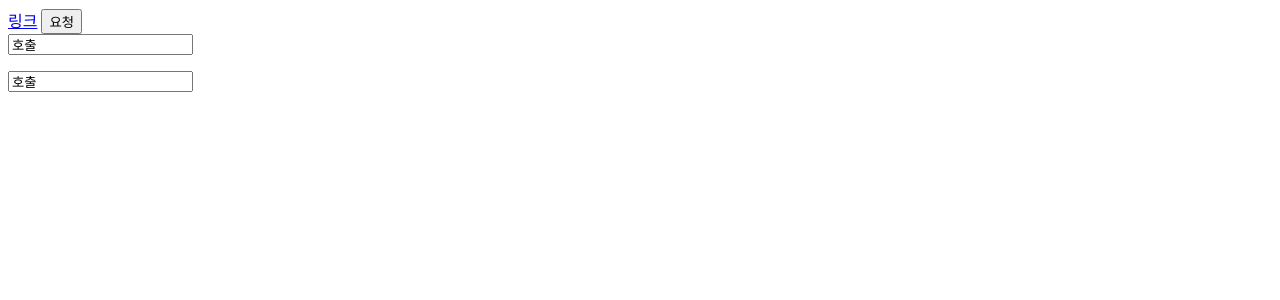
Repository: uj06134/Metabuild_JSP
Page: http://localhost/08_Servlet/form.jsp
An editor plug-in stored every save of this project. The page is shown before and after the next save, followed by the edit.
The browser window is 1280 px wide. The pictures show the whole page.
The page is served by Tomcat 9. Other server files are loaded and not shown.

Above is the page before, as saved 2025-09-16 07:42:05.

### 08_Servlet/src/main/webapp/form.jsp
<%@ page language="java" contentType="text/html; charset=UTF-8"
    pageEncoding="UTF-8"%>

<script>
    function movePage() {
        location = "test.do";
    }
</script>

<!-- get 방식 -->
<a href="test.do">링크</a>
<input type="button" value="요청" onClick="movePage()">

<br>
<form method="get" action="test.do">
	<input type="sumbit" value="호출">
</form>
<!-- post 방식 -->
<form method="post" action="test.do">
	<input type="sumbit" value="호출">
</form>

After the next save:
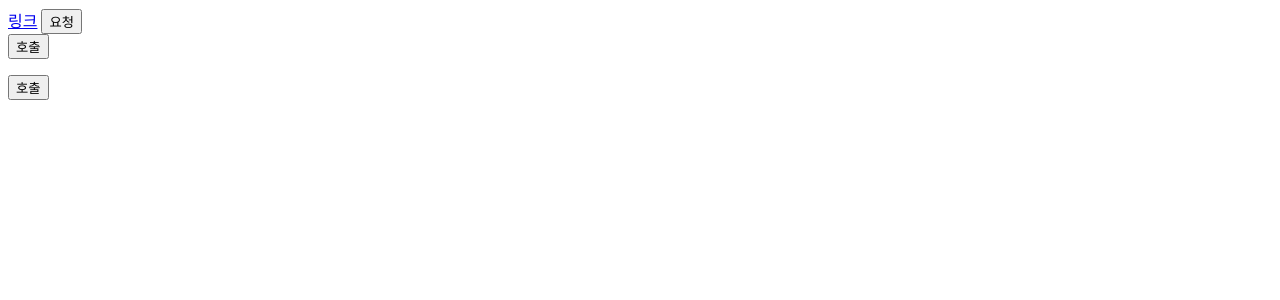
Saved 70 s later.
--- a/08_Servlet/src/main/webapp/form.jsp
+++ b/08_Servlet/src/main/webapp/form.jsp
@@ -13,9 +13,9 @@
 
 <br>
 <form method="get" action="test.do">
-	<input type="sumbit" value="호출">
+	<input type="submit" value="호출">
 </form>
 <!-- post 방식 -->
 <form method="post" action="test.do">
-	<input type="sumbit" value="호출">
+	<input type="submit" value="호출">
 </form>
